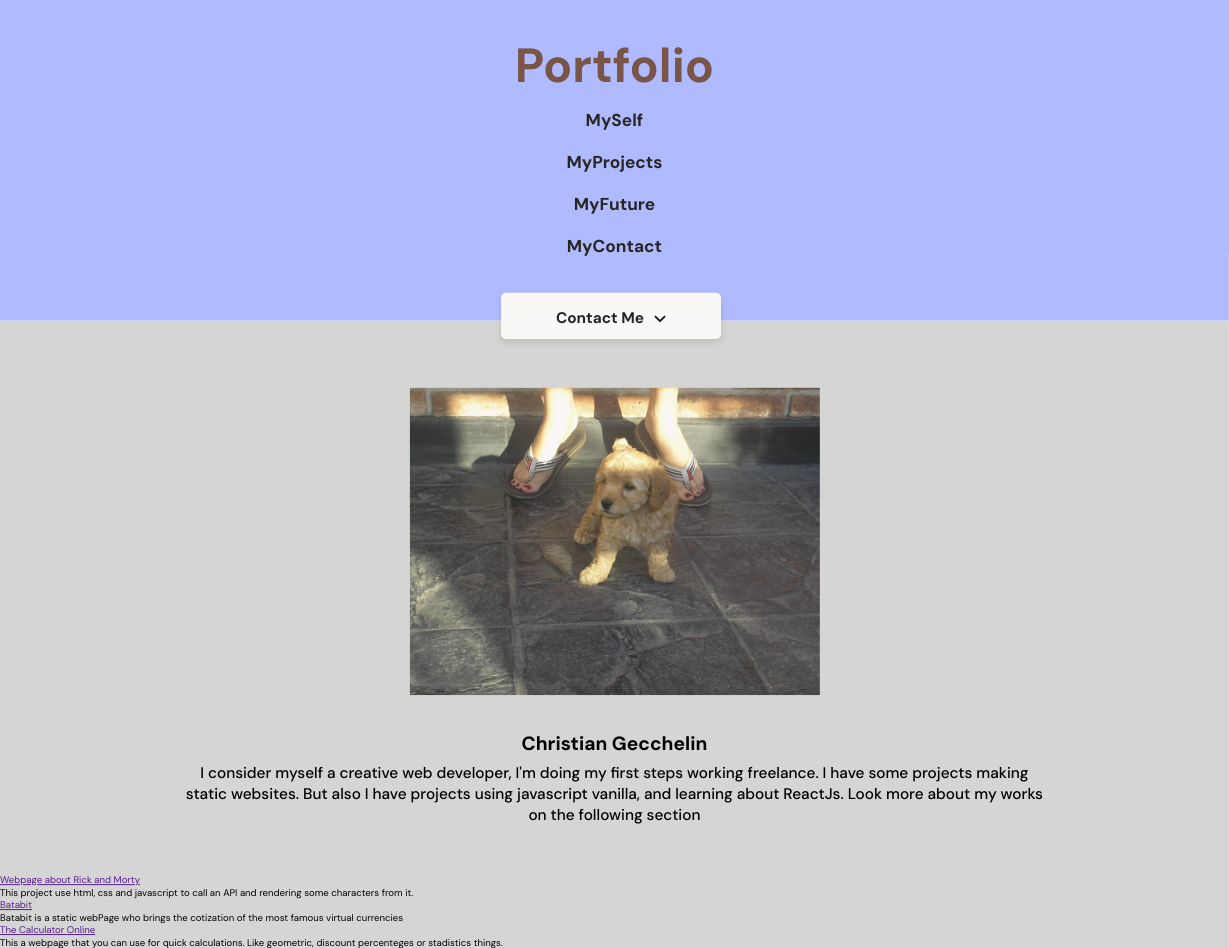
Repository: ChristianGecchelin/PortfolioOnline
Page: index.html
The author's editor kept a copy of each file at every save. The page is drawn from the files as they stood at one save, then again after the next save.
The browser window is 1280 px wide. The pictures show the whole page, at 96% of full size.

Above is the page before, as saved 2022-01-08 21:19:52.

### index.html
<!DOCTYPE html>
<html lang="en">
  <head>
    <meta charset="UTF-8" />
    <meta http-equiv="X-UA-Compatible" content="IE=edge" />
    <meta name="viewport" content="width=device-width, initial-scale=1.0" />
    <title>Portfolio Christian</title>
    <link rel="preconnect" href="https://fonts.googleapis.com" />
    <link rel="preconnect" href="https://fonts.gstatic.com" crossorigin />
    <link
      href="https://fonts.googleapis.com/css2?family=DM+Sans:wght@400;500;700&family=Inter:wght@300;500&display=swap"
      rel="stylesheet"
    />
    <link rel="stylesheet" href="./styles/styles.css" />
  </head>
  <body>
    <header>
      <nav>
        <h1>Portfolio</h1>
        <ul class="list-container">
          <li class="list-container-link">
            <a class="" href="">MySelf</a>
          </li>
          <li class="list-container-link">
            <a class="" href="">MyProjects</a>
          </li>
          <li class="list-container-link">
            <a class="" href="">MyFuture</a>
          </li>
          <li class="list-container-link">
            <a class="" href="">MyContact</a>
          </li>
        </ul>
        <a class="header--nav-button" href="#MyContact">
          Contact Me<span></span
        ></a>
      </nav>
    </header>
    <main>
      <section class="principalContainer-mySelf">
        <div class="principalContainer-mySelf--image">
          <div class="image-cv"></div>
        </div>
        <div class="principalContainer-mySelf--information">
          <h2>Christian Gecchelin</h2>
          <p>
            I consider myself a creative web developer, I'm doing my first steps
            working freelance. I have some projects making static websites. But
            also I have projects using javascript vanilla, and learning about
            ReactJs. Look more about my works on the following section
          </p>
        </div>
      </section>

      <section class="principalContainer-myProject">
        <div class="rickAndMortyCharacters">
          <a href="">Webpage about Rick and Morty</a>
          <p>
            This project use html, css and javascript to call an API and
            rendering some characters from it.
          </p>
        </div>
        <div>
          <a href="">Batabit</a>
          <p>
            Batabit is a static webPage who brings the cotization of the most
            famous virtual currencies
          </p>
        </div>
        <div>
          <a href="">The Calculator Online</a>
          <p>
            This a webpage that you can use for quick calculations. Like
            geometric, discount percenteges or stadistics things.
          </p>
        </div>
        <div></div>
      </section>
      <section class="principalContainer-myFuture"></section>
      <section class="principalContainer-myContact"></section>
    </main>
  </body>
</html>

### styles/styles.css
:root {
  --strong-orange: #f7931a;
  --soft-orange: #ffe9d5;
  --secondary-blue: #1a9af7;
  --soft-blue: #e7f5ff;
  --warm-black: #201e1c;
  --black: #282623;
  --grey: #bababa;
  --off-white: #faf8f7;
  --just-white: #fff;
  --light-violet: #b0bbff;
  --strong-violet: #5764b3;
  --skin-color: #ffecb0;
  --yellow-skin-color: #fff3c9;
  --almost-brown: #b3a169;
}
* {
  box-sizing: border-box;
  margin: 0;
  padding: 0;
}
html {
  font-size: 62.5%;
  font-family: "DM Sans", sans-serif;
}
header {
  display: flex;
  flex-direction: column;
  justify-content: center;
  height: 334px;
  background: var(--light-violet);
  text-align: center;
}
header nav {
  flex-direction: column;
  justify-content: center;
  width: 90%;
  min-width: 288px;
  height: 218px;
  align-self: center;
  text-align: center;
  margin-top: -30px;
}
header nav h1 {
  font-size: 5rem;
  font-weight: 700;
  line-height: 5rem;
  color: #795548;
}

header nav .list-container-link {
  margin-top: 20px;
  list-style: none;
}
header nav .list-container-link a {
  font-size: 1.8rem;
  font-weight: 700;
  line-height: 2.4rem;
  text-decoration: none;
  color: var(--black);
}

header nav .header--nav-button {
  position: absolute;
  top: 270px;
  left: calc(50% - 118px);
  display: block;
  margin-top: 35px;
  padding: 15px;
  width: 229px;
  height: 48px;
  background-color: var(--off-white);
  font-size: 1.6rem;
  font-weight: 700;
  text-decoration: none;
  color: var(--black);
  box-shadow: 0px 4px 8px rgba(89, 73, 30, 0.16);
  border: none;
  border-radius: 5px;
}
header nav .header--nav-button span {
  display: inline-block;
  width: 13px;
  height: 8px;
  margin-left: 10px;
  background-image: url(../assets/icons/down-arrow.svg);
}
main {
  width: 100%;
  height: auto;
  background-color: #d5d5d5;
}
main .principalContainer-mySelf {
  display: flex;
  flex-direction: column;
  justify-content: center;
  width: 100%;
  min-width: 320px;
  height: auto;
  padding-top: 70px;
  text-align: center;
}
.principalContainer-mySelf--image .image-cv {
  min-width: 320px;
  height: 320px; /* luego en las otras resos lo agrando */
  margin: 0 auto;
  background-image: url(../assets/images/IMG_4340.JPG);
  background-size: contain;
  background-position: center;
  background-repeat: no-repeat;
}
.principalContainer-mySelf--information {
  width: 90%;
  min-width: 288px;
  max-width: 900px;
  text-align: center;
  align-self: center;
  padding-bottom: 50px;
}
.principalContainer-mySelf--information h2 {
  padding-top: 30px;
  font-size: 2rem;
  line-height: 4rem;
}
.principalContainer-mySelf--information p {
  font-size: 1.6rem;
  font-weight: 500;
  line-height: 2.2rem;
}
.principalContainer-myProject {
  display: flex;
  flex-direction: column;
  justify-content: center;
}

After the next save:
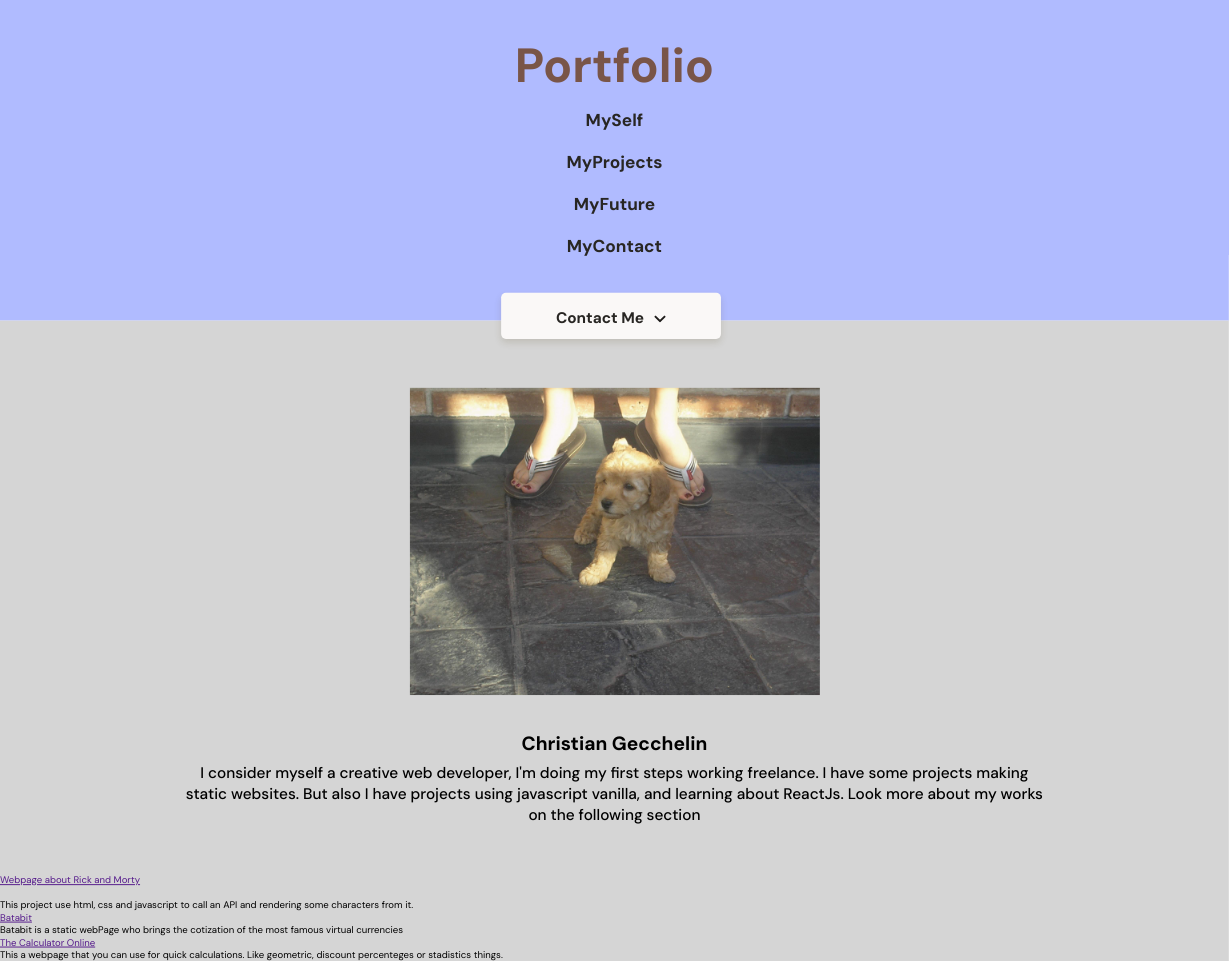
Saved 69 s later.
--- a/index.html
+++ b/index.html
@@ -55,10 +55,13 @@
       <section class="principalContainer-myProject">
         <div class="rickAndMortyCharacters">
           <a href="">Webpage about Rick and Morty</a>
-          <p>
-            This project use html, css and javascript to call an API and
-            rendering some characters from it.
-          </p>
+          <div>
+            <img src="" alt="" />
+            <p>
+              This project use html, css and javascript to call an API and
+              rendering some characters from it.
+            </p>
+          </div>
         </div>
         <div>
           <a href="">Batabit</a>

After the save that followed:
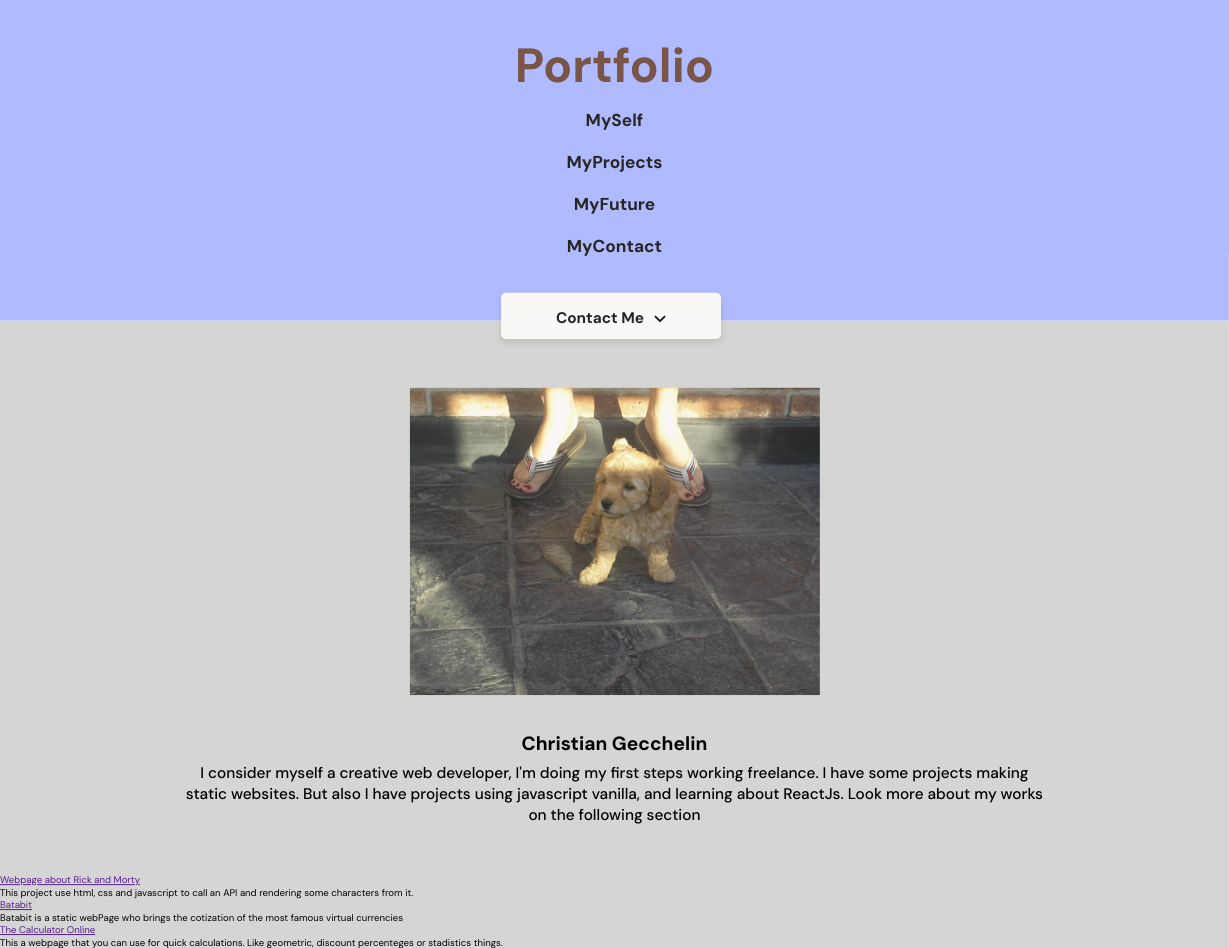
Saved 75 s later.
--- a/index.html
+++ b/index.html
@@ -56,7 +56,7 @@
         <div class="rickAndMortyCharacters">
           <a href="">Webpage about Rick and Morty</a>
           <div>
-            <img src="" alt="" />
+            <div class="img-project"></div>
             <p>
               This project use html, css and javascript to call an API and
               rendering some characters from it.
